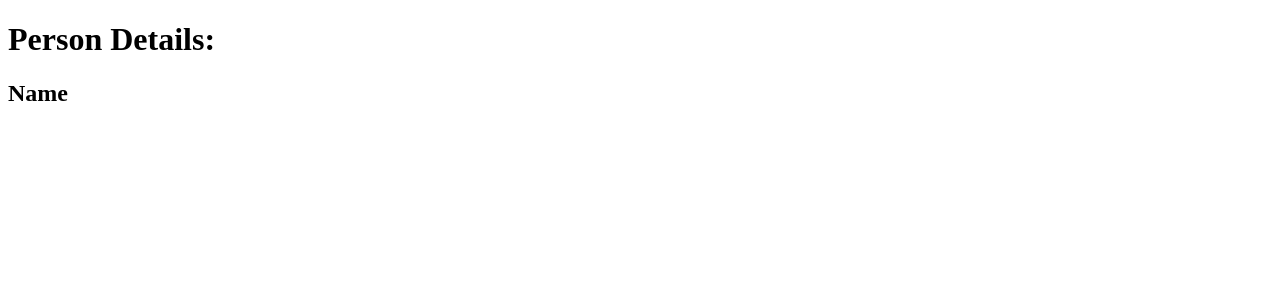
Repository: ShrikantSarode/AdvanceJava
Page: http://localhost/Web_Project/show_person.jsp
An editor plug-in stored every save of this project. The page is shown before and after the next save, followed by the edit.
The browser window is 1280 px wide. The pictures show the whole page.
The page is served by Tomcat 10.

Above is the page before, as saved 2024-11-29 10:40:40.

After the next save:
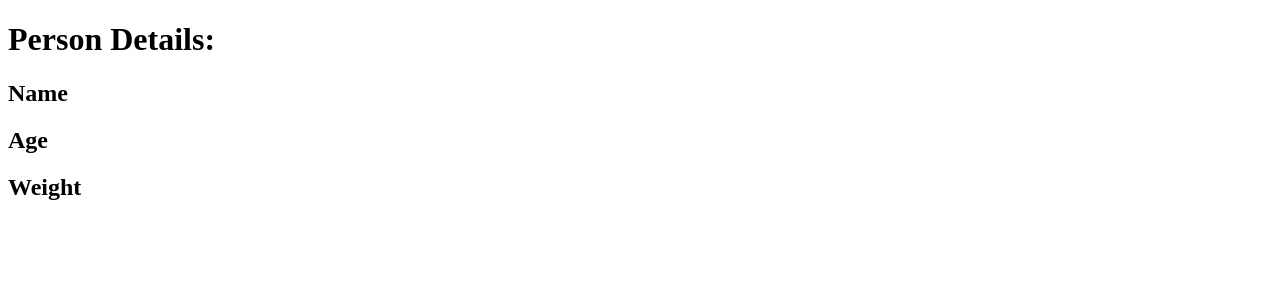
Saved 27 s later.
--- a/AJ backup/Web Based Java/Workspace/Web_Project/src/main/webapp/show_person.jsp
+++ b/AJ backup/Web Based Java/Workspace/Web_Project/src/main/webapp/show_person.jsp
@@ -7,6 +7,8 @@
 	<jsp:useBean id="personObj" class="example.bean.Person" scope="session" />
 	<%--Retrieving the values of the bean properties and printing them --%>
 	<h1>Person Details: </h1>
-	<h2>Name <jsp.getProperty property="name" name="personObj" /> </h2>
+	<h2>Name <jsp.getProperty property="name" name="personObj" /></h2>
+	<h2>Age <jsp.getProperty property="age" name="personObj" /></h2>
+	<h2>Weight <jsp.getProperty property="weight" name="personObj" /></h2>
 </body>
 </html>
